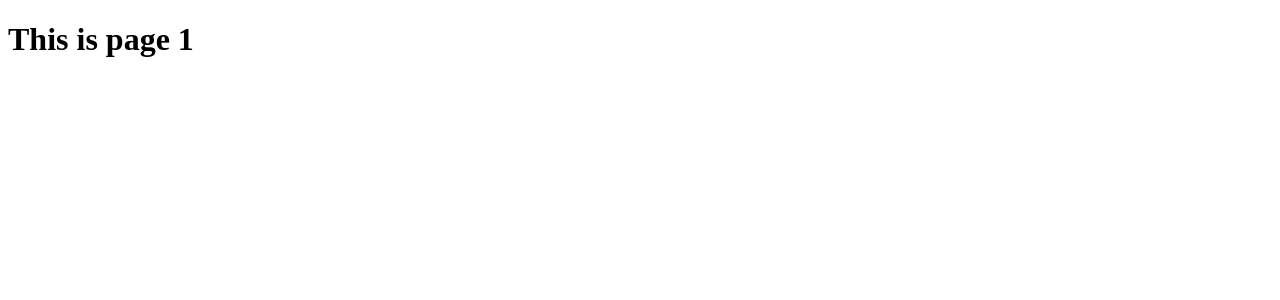
Repository: ravinforu/HTML5_CSS3_JS_Frameworks_Jul_2012-1
Page: Day03/WebContent/error.html
The author's editor kept a copy of each file at every save. The page is drawn from the files as they stood at one save, then again after the next save.
The browser window is 1280 px wide. The pictures show the whole page.

Above is the page before, as saved 2012-07-27 08:37:33.

After the next save:
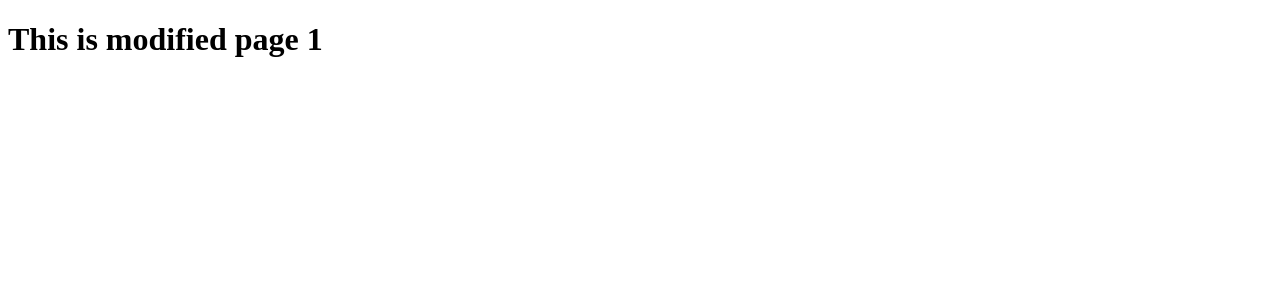
Saved 43 s later.
--- a/Day03/WebContent/error.html
+++ b/Day03/WebContent/error.html
@@ -4,6 +4,6 @@
 	<script src="sample.js"></script>
 </head>
 <body>
-	<h1>This is page 1</h1>
+	<h1>This is modified page 1</h1>
 </body>
 </html>
